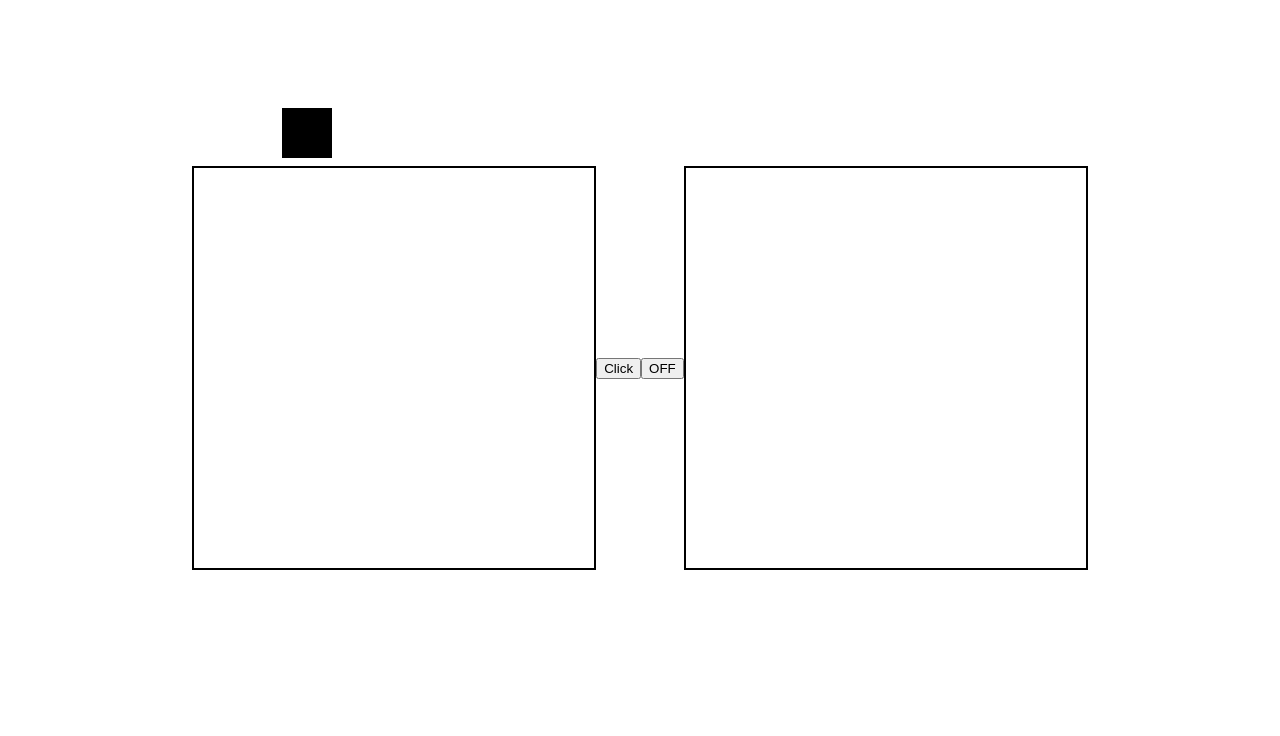
Repository: dmpelaez/photoBoothy
Page: Photobooth.html
An editor plug-in stored every save of this project. The page is shown before and after a run of saves, followed by the edit.
The browser window is 1280 px wide. The pictures show the whole page.

Above is the page before, as saved 2025-12-16 20:59:23.

After the next 4 saves:
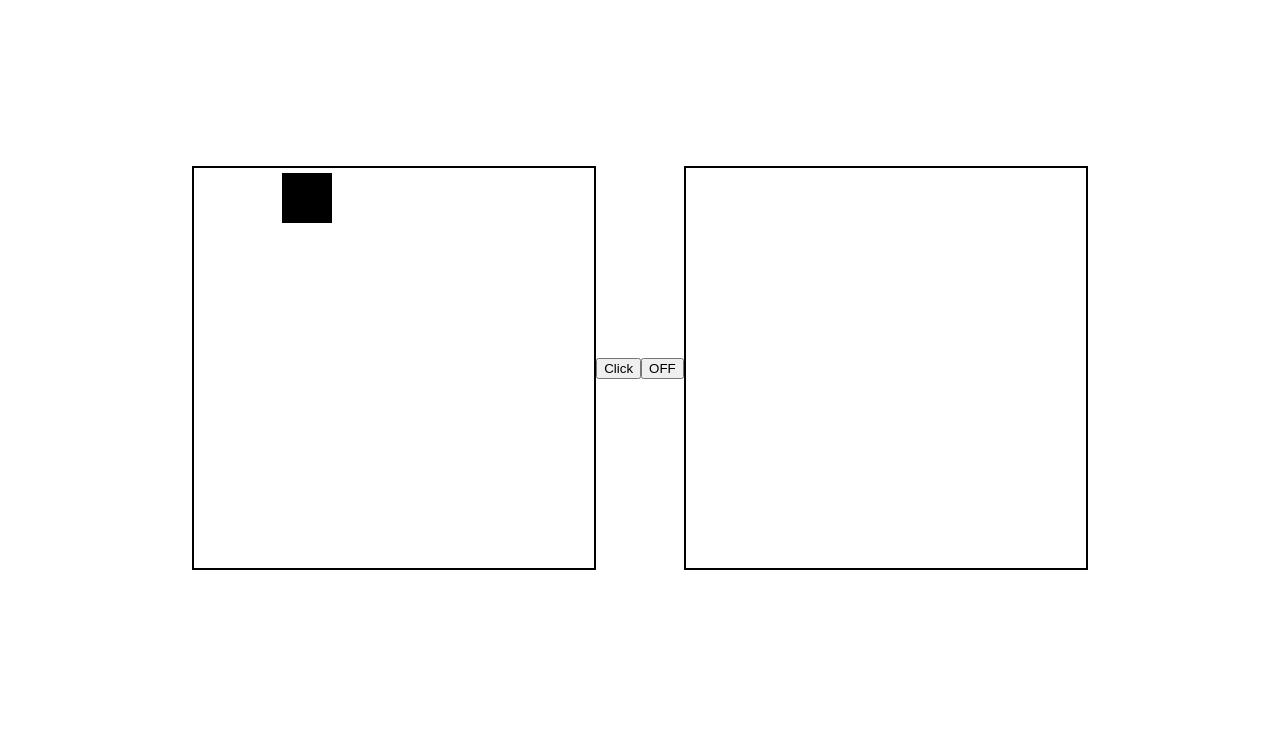
The 4 saves are shown as one change because they came seconds apart.
The last was saved 13 s later.
--- a/Photobooth.css
+++ b/Photobooth.css
@@ -22,7 +22,7 @@ display: initial;
   justify-content: center;
   position: absolute;
   left: 22%;
-  bottom: 78%;
+  bottom: 69%;
 }
 
 .timerPhoto {
